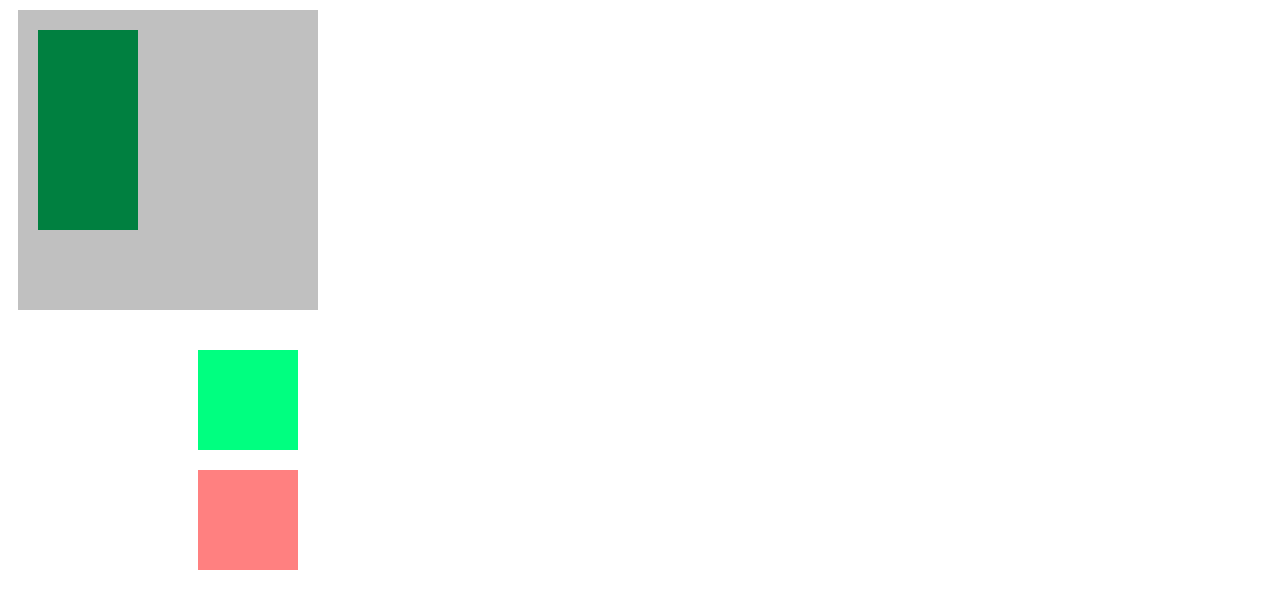
Repository: BaekJiGyeong/JSP_web
Page: http://localhost/Article/
An editor plug-in stored every save of this project. The page is shown before and after the next save, followed by the edit.
The browser window is 1280 px wide. The pictures show the whole page.
The page is served by Tomcat 9. Other server files are loaded and not shown.

Above is the page before, as saved 2016-03-03 10:25:02.

### Article/WebContent/index.jsp
<%@ page language="java" contentType="text/html; charset=UTF-8"
    pageEncoding="UTF-8"%>

<jsp:include page="./WEB-INF/view/common/project2.jsp"></jsp:include>

### Article/WebContent/WEB-INF/view/common/project2.jsp
<%@ page language="java" contentType="text/html; charset=UTF-8"
    pageEncoding="UTF-8"%>
<!DOCTYPE html>
<html>
<head>
<meta http-equiv="Content-Type" content="text/html; charset=UTF-8">
<link rel="stylesheet" type="text/css" href="/resource/css/project2.css"/>
<title>Insert title here</title>
</head>
<body>
<div id="wrapper">

	<div id="col1">
		<div id="col1row1"></div>
	</div>
	<div id="col2">
		<div id="col2row1"></div>
		<div id="col2row2"></div>
	</div>
	</div>



</body>
</html>

### Article/WebContent/resource/css/project2.css
@CHARSET "UTF-8";

div {
	margin: 10px;
}
div#wrapper {
	 background-color: #c0c0c0;

	 width: 300px;
	 height: 300px;

}
div#col1 {
	float: left;
	width: 50%;
	 height: 100%;
}
div#col2 {
	float: right;
	width: 50%;
	 height: 100%;
	 top: 0px;
}
div#col1row1 {
	background-color: #008040;
	width: 100px;
	height: 200px;
	float: left;
}

div#col2row1 {
	background-color: #00ff80;
	width: 100px;
	height: 100px;
	float: right;
}
div#col2row2 {
	background-color: #ff8080;
	width: 100px;
	height: 100px;
	top: 120px;
	float: right;

}

After the next save:
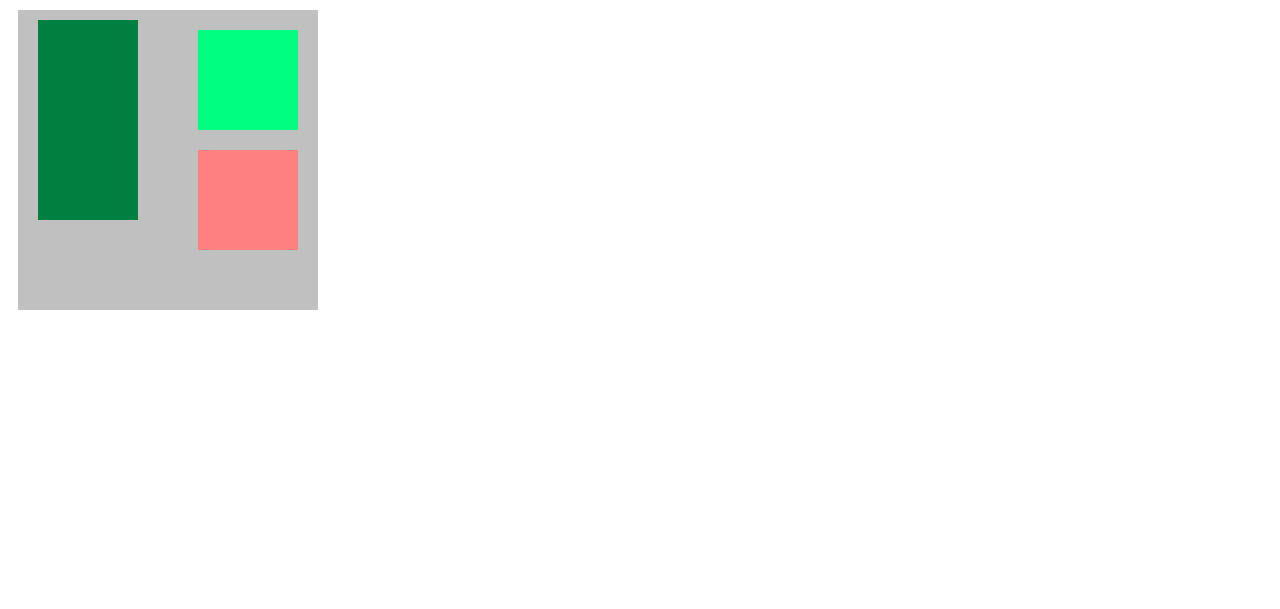
Saved 13 s later.
--- a/Article/WebContent/resource/css/project2.css
+++ b/Article/WebContent/resource/css/project2.css
@@ -10,11 +10,7 @@ div#wrapper {
 	 height: 300px;
 
 }
-div#col1 {
-	float: left;
-	width: 50%;
-	 height: 100%;
-}
+
 div#col2 {
 	float: right;
 	width: 50%;
